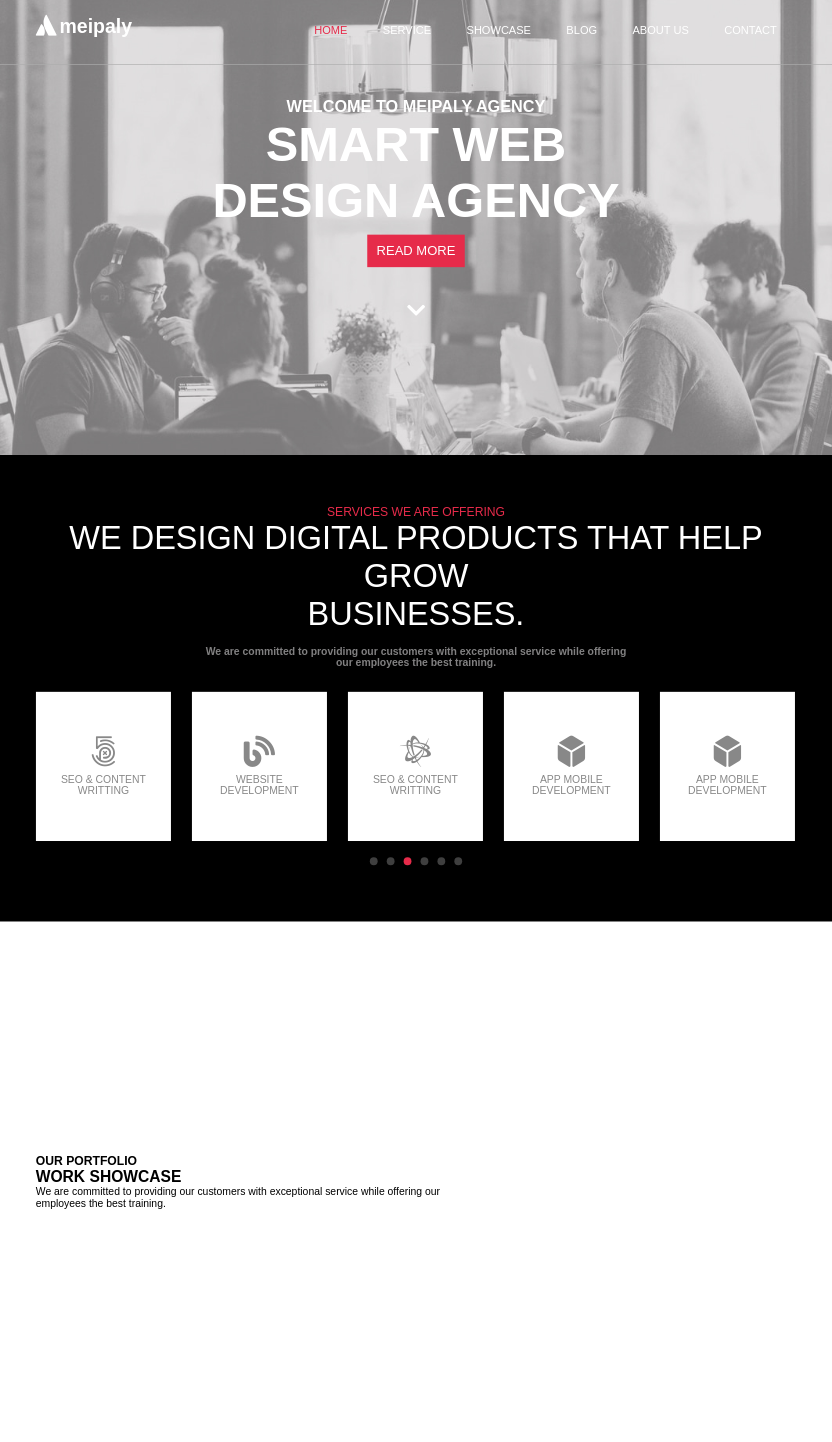
Repository: ToanNguyenThai/Meipaly
Page: index.html
The author's editor kept a copy of each file at every save. The page is drawn from the files as they stood at one save, then again after the next save.
The browser window is 1280 px wide. The pictures show the whole page, at 65% of full size.

Above is the page before, as saved 2021-12-11 00:29:38.

### index.html
<!DOCTYPE html>
<html lang="en">

<head>
    <meta charset="UTF-8">
    <meta http-equiv="X-UA-Compatible" content="IE=edge">
    <meta name="viewport" content="width=device-width, initial-scale=1.0">
    <link rel="stylesheet" href="https://cdnjs.cloudflare.com/ajax/libs/font-awesome/5.15.4/css/all.min.css" />

    <link rel="stylesheet" href="owlcarousel/assets/owl.carousel.min.css">
    <link rel="stylesheet" href="owlcarousel/assets/owl.theme.default.min.css">
    <script src="https://code.jquery.com/jquery-3.6.0.min.js"></script>
    <script src="owlcarousel/owl.carousel.min.js"></script>

    <title>Meipaly</title>
    <link rel="stylesheet" href="/css/style.css">
</head>

<body>
    <header>
        <div class="header__content">
            <div class="header__logo">
                <a href="#">
                    <i class="fab fa-atlassian fa-2x"></i>
                    <span>meipaly</span>
                </a>
            </div>
            <nav>
                <ul>
                    <li class="active">
                        <a href="#">home</a>
                    </li>
                    <li>
                        <a href="#">service</a>
                    </li>
                    <li>
                        <a href="#">showcase</a>
                    </li>
                    <li>
                        <a href="#">blog</a>
                    </li>
                    <li>
                        <a href="#">about us</a>
                    </li>
                    <li>
                        <a href="#">contact</a>
                    </li>
                </ul>
            </nav>
        </div>
    </header>
    <section class="carousel">
        <div class="carousel__content">
            <h3>WELCOME TO MEIPALY AGENCY</h3>
            <h1>SMART WEB</h1>
            <h1>DESIGN AGENCY</h1>
            <div class="btn-area">
                <button>READ MORE</button>
            </div>
            <div class="scroll__arrow">
                <i class="fas fa-chevron-down fa-2x"></i>
            </div>

        </div>

    </section>

    <script>
        $(document).ready(function () {
            $('.owl-carousel').owlCarousel({
                autoplay: true,
                autoplayTimeout: 2000,
                autoplayHoverPause: true,
                loop: true,
                dots: true ,// if you don't want dots, change to false
                dotsEach: true,
                margin: 30,
                responsiveClass: true,
                responsive: {
                    0: {

                        items: 1
                    },
                    1000: {
                        items: 3,
                    },
                    1217: {
                        items: 5
                    }
                }
            })
        });
    </script>

    <section class="service">
        <div class="service__content">
            <h3>SERVICES WE ARE OFFERING</h3>
            <h1>WE DESIGN DIGITAL PRODUCTS THAT HELP GROW <br> BUSINESSES.</h1>
            <p>We are committed to providing our customers with exceptional service while offering <br>
                our employees the best training.</p>
            <div class="service__carousel">
                <div class="owl-carousel owl-theme">
                    <div class="carousel__item">
                        <i class="fa fa-dice-d6 fa-3x"></i>
                        <h3>APP MOBILE <br> DEVELOPMENT</h3>
                    </div>
                    <div class="carousel__item">
                        <i class="fab fa-autoprefixer fa-3x"></i>
                        <h3>DIGITAL<br> MARKETING</h3>
                    </div>
                    <div class="carousel__item">
                        <i class="fab fa-500px fa-3x"></i>
                        <h3>SEO & CONTENT <br> WRITTING</h3>
                    </div>
                    <div class="carousel__item">
                        <i class="fa fa-blog fa-3x"></i>
                        <h3> WEBSITE <br> DEVELOPMENT</h3>
                    </div>
                    <div class="carousel__item">
                        <i class="fab fa-battle-net fa-3x"></i>
                        <h3>SEO & CONTENT <br> WRITTING</h3>
                    </div>
                    <div class="carousel__item">
                        <i class="fa fa-dice-d6 fa-3x"></i>
                        <h3>APP MOBILE <br> DEVELOPMENT</h3>
                    </div>

                </div>

            </div>

        </div>


    </section>

    <section class="portfolio">
        <div class="portfolio__content">
            <h3>our portfolio</h3>
            <h1>work showcase</h1>
            <p>We are committed to providing our customers with exceptional service while offering our <br>
                employees the best training.</p>
        </div>
    </section>
</body>

</html>

### css/style.css
*{
    box-sizing: border-box;
    margin: 0;
    padding: 0;
    font-family: "Oswald", sans-serif;
    text-decoration: none;
}
header {
    width: 100%;
    height: 100px;
    position: absolute;
    border-bottom: 1px solid #adadad;
}
header .header__content{
    width: 100%;
    max-width: 1170px;
    margin: 0 auto;
    display: flex;
    justify-content: space-between;
    align-items: center;
}
.header__logo{
    margin-top: 23px;
}
.header__logo a{
    text-decoration: none;
    color: white;
}
.header__logo a span{
    font-size: 30px;
    font-weight: 700;
}
.header__content nav ul li{
    list-style-type: none;
    display: inline-block;
    text-transform: uppercase;
    font-size: 17px;
    margin-top: 35px;
    margin-left: 20px;
    margin-right: 30px;
}
.header__content nav ul li.active a{
    color : #e62b4a;
}
.header__content nav ul li a{
    color: white;
    transition: all 0.5s;
}
.header__content nav ul li a:hover{
    color : #e62b4a;
}

.carousel{
    height: 700px;
    background-image: url("../img/home_slider.jpg");
    background-size: cover;
    background-position: center;
    display: flex;
    justify-content: center;
}
.carousel__content{
    margin-top: 150px;
}
.carousel__content h1, .carousel__content h3{
    text-align: center;
    color: white;
}
.carousel__content h1{
    font-size: 75px;
}

.carousel__content h3{
    font-size: 25px;
}
.carousel__content .btn-area{
    margin-top: 10px;
    display: flex;
    justify-content: center;
}
.carousel__content .btn-area button{
    width: 150px;
    height: 50px;
    font-size: 20px;
    background-color: #e62b4a;
    outline: none;
    border : none;
    color: white;
    cursor: pointer;
    transition: all 0.5s;
}

.carousel__content .btn-area button:hover{
    filter: grayscale(30%);
}
.carousel__content .scroll__arrow{
    display: flex;
    justify-content: center;
    margin-top: 50px;
}
.carousel__content .scroll__arrow i{
    color: white;
}

/* --------------------- */

.service{
    width: 100%;
    height: 100%;
    height: 717.6px;
    background-color: black;
    display: flex;
    justify-content: center;
    align-items: center;
}
.service__content{
    margin: 0 auto;
    width: 100%;
    max-width: 1170px;
}
.service__content h3, .service__content h1, .service__content p{
    text-align: center;

}

.service__content h3{
    color: #e62b4a;
    font-weight: normal;
}
.service__content h1{
    font-size: 50px;
    font-weight: normal;
    color: white;
}
.service__content p{
    color: #818081;
    font-weight: 600;
    margin-top: 20px;
}

.service__carousel{
    margin: 0 auto;
    margin-top: 35px;
    width: 100%;
    max-width: 1170px;
}
.carousel__item{
    width: 208px;
    height: 230px;
    background-color: #fff;
    display: flex;
    flex-direction: column;
    justify-content: center;
    align-items: center;
    color: #888888;
}
.carousel__item h3{
    color: #888888;
    font-size: 16px;
    padding-top: 10px;
}
.owl-theme .owl-dots .owl-dot{
    margin-top: 10px;
}
.owl-theme .owl-dots .owl-dot span {
    width: 12px;
    height: 12px;
    background: #3f3f3f;
}
.owl-theme .owl-dots .owl-dot.active span, .owl-theme .owl-dots .owl-dot:hover span{
    background: #e62b4a;
}

/* --------------------- */


.portfolio{
    width: 100%;
    height: 100%;
    height: 800px;
    background-color: #ffffff;
    display: flex;
    justify-content: center;
    align-items: center;
}
.portfolio__content{
    margin: 0 auto;
    width: 100%;
    max-width: 1170px;
}
.portfolio__content h1, h3{
    text-transform: uppercase;
}

Loaded but not shown: owlcarousel/assets/owl.carousel.min.css (library); owlcarousel/assets/owl.theme.default.min.css (common file); owlcarousel/owl.carousel.min.js (library)

After the next save:
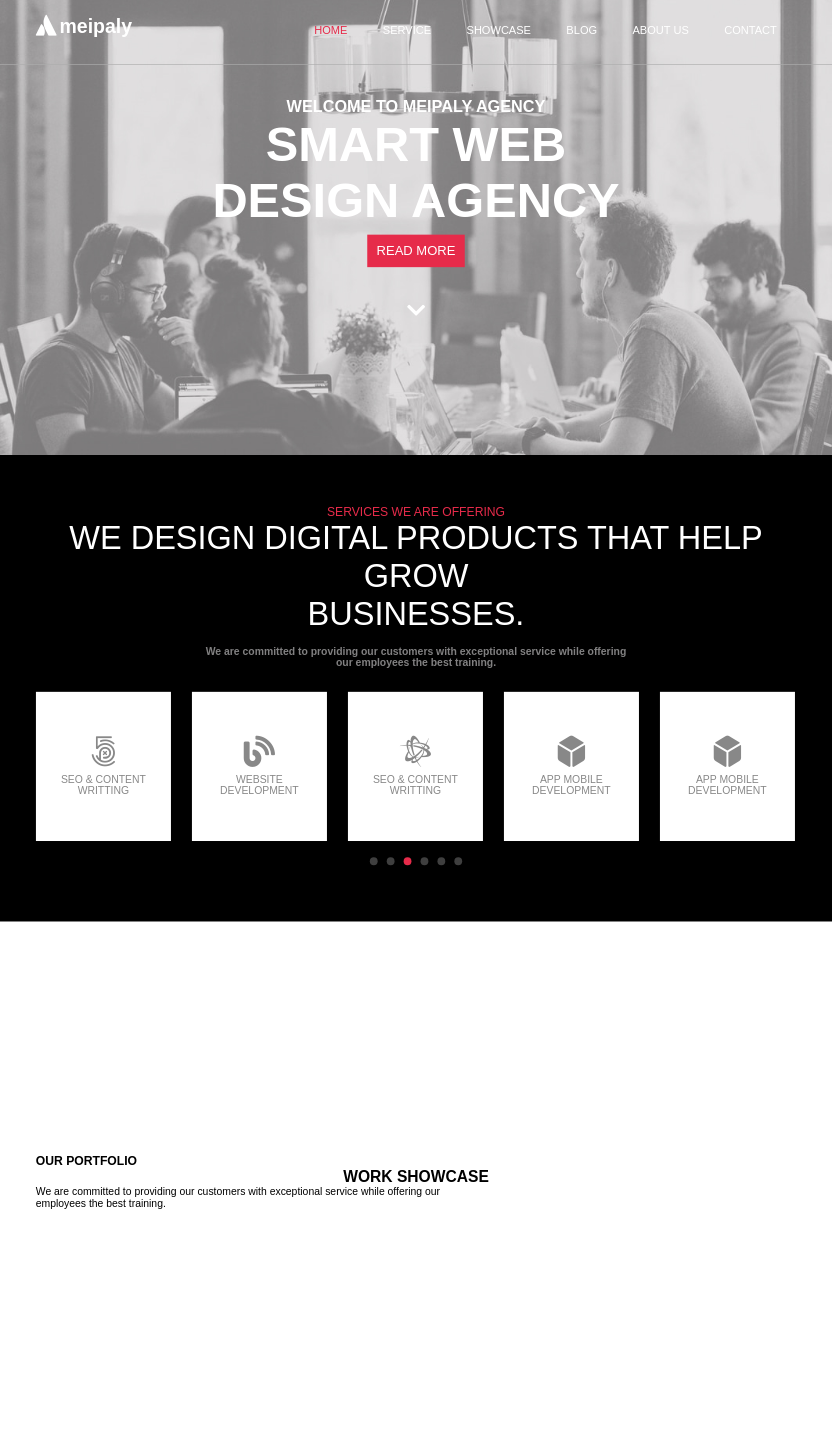
Saved 14 s later.
--- a/css/style.css
+++ b/css/style.css
@@ -190,3 +190,6 @@
 .portfolio__content h1, h3{
     text-transform: uppercase;
 }
+.portfolio__content h1, h3 p {
+    text-align: center;
+}
